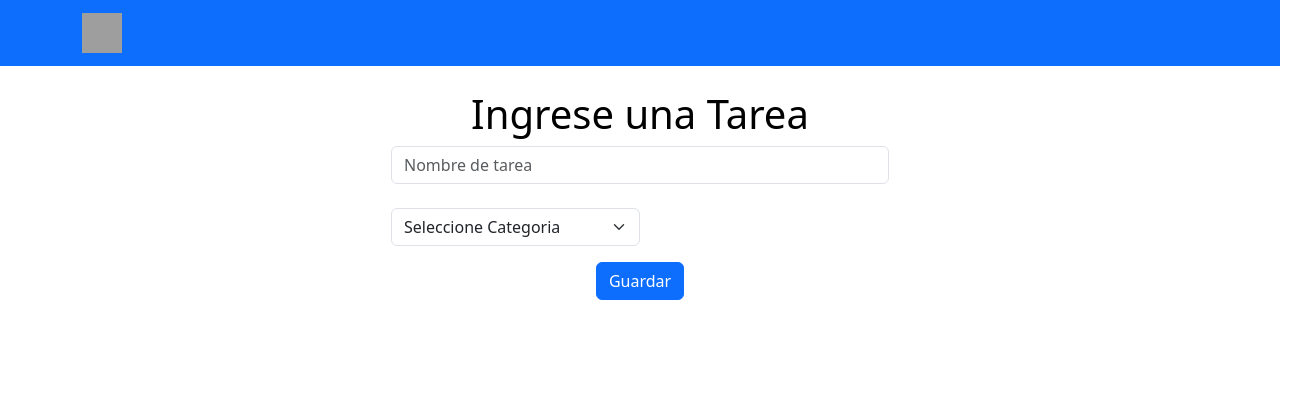
Repository: mgarrido0gb/registroTareas
Page: http://localhost/Tareas/Home
An editor plug-in stored every save of this project. The page is shown before and after the next save, followed by the edit.
The browser window is 1280 px wide. The page is 1292 px wide, so the pictures cover 1292 px, including what lies to the right of the window. The pictures show the whole page.
Pictures or frames that could not be fetched are drawn as grey boxes. The page is served by Tomcat 10. Other server files are loaded and not shown. Queries for data that is not in the repository find no rows.

Above is the page before, as saved 2024-05-21 20:48:29.

### Tareas/src/main/webapp/WEB-INF/home.jsp
<%@page import="models.Categoria"%>
<%@page import="models.Tarea"%>
<%@ page language="java" contentType="text/html; charset=ISO-8859-1"
    pageEncoding="ISO-8859-1" import="java.util.ArrayList" import="models.Tarea" import="models.Categoria"%>
<!doctype html>
<html lang="en">
  <head>
    <meta charset="utf-8">
    <meta name="viewport" content="width=device-width, initial-scale=1">
    <title>Registro Tareas</title>
    <link href="https://cdn.jsdelivr.net/npm/bootstrap@5.3.3/dist/css/bootstrap.min.css" rel="stylesheet" integrity="sha384-QWTKZyjpPEjISv5WaRU9OFeRpok6YctnYmDr5pNlyT2bRjXh0JMhjY6hW+ALEwIH" crossorigin="anonymous">
    <style type="text/css">
    	body{
    		background-color: white;
    		color: black;
    	}

    	li{
    		color: black;
    	}

    	.logotipo{
    		width: 30px;
    		height: 30px;
    	}






    </style>

  </head>
  <body>
  	<nav class="navbar bg-primary" id="nav">
  		<div class="container">
    		<a class="navbar-brand" href="#">
      			<img src="https://cdn-icons-png.flaticon.com/512/181/181627.png"  width="40" height="40">
    		</a>
  		</div>
	</nav>
    <% ArrayList<Categoria> cats = (ArrayList<Categoria>)request.getAttribute("cats"); %>
    <div class="container">
    	<div class="row justify-content-center">
        	<div class="col-12 col-md-9 col-lg-6">
            	<form action="/Tareas/Home" method="post">
                	<div class="p-4">
                    	<h1 class="text-center">Ingrese una Tarea</h1>
                    	<div class="form-group">
                        	<input class="form-control" placeholder="Nombre de tarea" name="texto" type="text" required>
                    	</div>
                    	<br>
                    	<div class="col-9 col-md-9 col-lg-6">
              				<select class="form-select" name="categoria_id" required>

                				<option selected value>Seleccione Categoria</option>
                					<% for (Categoria c: cats) { %>
                						<option value="<%=c.id %>"><%=c.nombre %></option>
                					<% } %>
              				</select>
     					</div>
                    	<div class="text-center mt-3">
                        	<input type="submit" value="Guardar" class="btn btn-primary" onclick="mensaje()">
                    	</div>
                	</div>

            	</form>
        	</div>
    	</div>
	</div>






   <div class="row">
   		<div class="col-6 offset-3 d-block m-auto m-0 p-2 col-md-3">
   			 <%
    			ArrayList<Tarea> tareas = (ArrayList<Tarea>)request.getAttribute("tareas");
    		%>

    			<% for (Tarea t: tareas) { %>
    				<ul class="list-group text-center">
    					<li <% if (t.completada == true){ %>class="text-decoration-line-through text-danger"<% } %> class="list-group-item text-center">
    		 				<%=t.texto %> (creada en: <%=t.fecha %>)
    		 				<a href="/Tareas/CheckearTarea?id=<%=t.id%>"><img src="https://img.icons8.com/?size=48&id=sz8cPVwzLrMP&format=png" class="logotipo" onclick="check()" ></img></a>
    		 				<a href="/Tareas/GestionTarea?id=<%=t.id%>"><img src="https://img.icons8.com/?size=48&id=pre7LivdxKxJ&format=png" class="logotipo" onclick="eliminar()"></img></a>
    					</li>
    				<br>
    			<%}%>
    		</ul>

   		</div>
   </div>


   <script type="text/javascript">


   	function mensaje(){
   		alert("Tarea Agregada con éxito");
   	}

   	function eliminar(){
   		alert("Tarea eliminada con éxito");
   	}

   	function check(){
   		alert("Tarea Realizada con éxito");
   	}

   </script>
    <script src="https://cdn.jsdelivr.net/npm/bootstrap@5.3.3/dist/js/bootstrap.bundle.min.js" integrity="sha384-YvpcrYf0tY3lHB60NNkmXc5s9fDVZLESaAA55NDzOxhy9GkcIdslK1eN7N6jIeHz" crossorigin="anonymous"></script>
  </body>
</html>

### Tareas/src/main/java/servlets/Home.java
package servlets;

import jakarta.servlet.RequestDispatcher;
import jakarta.servlet.ServletException;
import jakarta.servlet.annotation.WebServlet;
import jakarta.servlet.http.HttpServlet;
import jakarta.servlet.http.HttpServletRequest;
import jakarta.servlet.http.HttpServletResponse;
import models.Categoria;
import models.Tarea;

import java.io.IOException;
import java.sql.SQLException;
import java.util.ArrayList;

import daos.CategoriaDao;
import daos.TareaDao;


/**
 * Servlet implementation class Home
 */
public class Home extends HttpServlet {
	private static final long serialVersionUID = 1L;

    /**
     * Default constructor.
     */
    public Home() {
        // TODO Auto-generated constructor stub
    }

	/**
	 * @throws IOException
	 * @throws ServletException
	 * @see HttpServlet#doGet(HttpServletRequest request, HttpServletResponse response)
	 */
	protected void doGet(HttpServletRequest request, HttpServletResponse response) throws ServletException, IOException  {
		// TODO Auto-generated method stub
		try {
			ArrayList<Tarea> tareas = TareaDao.getAll();
			System.out.println(tareas);
			request.setAttribute("tareas", tareas);

			ArrayList<Categoria> cats = CategoriaDao.getAll();
			request.setAttribute("cats", cats);
		} catch(SQLException e) {
			System.out.println(e);
		}


		// 2. Cargamos el JSP
		RequestDispatcher vista = request.getRequestDispatcher("WEB-INF/home.jsp");
		vista.forward(request, response);
	}

	/**
	 * @see HttpServlet#doPost(HttpServletRequest request, HttpServletResponse response)
	 */
	protected void doPost(HttpServletRequest request, HttpServletResponse response) throws ServletException, IOException {
		// TODO Auto-generated method stub
		String textoNuevaTarea = request.getParameter("texto");
		try {
			TareaDao.addNew(textoNuevaTarea);

		} catch (SQLException e) {
			// TODO Auto-generated catch block
			e.printStackTrace();
		}


		response.sendRedirect("/Tareas/Home");
	}

}

### Tareas/src/main/java/daos/TareaDao.java
package daos;

import java.sql.Connection;
import java.sql.PreparedStatement;
import java.sql.ResultSet;
import java.sql.SQLException;
import java.sql.Statement;
import java.util.ArrayList;

import models.Categoria;
import models.MyConn;
import models.Tarea;

public class TareaDao {

	static public void addNew(String textoNuevaTarea) throws SQLException {
		//1.-  nueva conexion
		Connection conn = MyConn.getConnection();
		//2.- consulta
		PreparedStatement consulta =conn.prepareStatement("INSERT INTO TAREAS (texto) values(?)");
		consulta.setString(1, textoNuevaTarea);
		consulta.execute();
	}

	static public void deleteById (int idTarea) throws SQLException {
		// 1. Pedimos una conexion nueva
		Connection conn = MyConn.getConnection();
		// 2. Creamos la consulta
		PreparedStatement stmt = conn.prepareStatement(
			"delete from tareas where id=?"
		);
		stmt.setInt(1, idTarea);
		// 3. Ejecutar la stmt
		stmt.executeUpdate();
	  }

	static public void checkById (int idTarea) throws SQLException {
		// 1. Pedimos una conexion nueva
		Connection conn = MyConn.getConnection();
		// 2. Creamos la consulta
		PreparedStatement stmt = conn.prepareStatement(
			"update tareas set completada = true where id = ?"
		);
		stmt.setInt(1, idTarea);
		// 3. Ejecutar la stmt
		stmt.executeUpdate();
	  }





	static public ArrayList<String> get_textos () throws SQLException {
		// 1. Creamos un ArrayList vacío
		ArrayList<String> textos = new ArrayList<String>();
		// 2. Pedimos una conección nueva
		Connection conn = MyConn.getConnection();
		// 3. Creamos y ejecutamos la consulta
		Statement consulta = conn.createStatement();
		ResultSet respuesta = consulta.executeQuery("select * from tareas");

		// 4. Vamos llenando el ArrayList con lo que tenga la respuesta
		while (respuesta.next()) {
		  textos.add( respuesta.getString("texto") );
		}
		// 5. Retornamos el ArrayList, ahora lleno
		return textos;
	  }



	static public ArrayList<Tarea> getAll () throws SQLException {
		// 1. Creamos un ArrayList vacío
		ArrayList<Tarea> tareas = new ArrayList<Tarea>();
		// 2. Pedimos una conección nueva
		Connection conn = MyConn.getConnection();
		// 3. Creamos y ejecutamos la consulta
		Statement consulta = conn.createStatement();
		ResultSet respuesta = consulta.executeQuery("select * from tareas");

		// 4. Vamos llenando el ArrayList con lo que tenga la respuesta
		while (respuesta.next()) {
			Tarea t = new Tarea(
					respuesta.getInt("id"),
					respuesta.getString("texto"),
					respuesta.getBoolean("completada"),
					respuesta.getDate("fecha")

			);
		  tareas.add(t);
		}
		return tareas;
	  }
}

### Tareas/src/main/java/models/MyConn.java
package models;

import java.sql.Connection;
import java.sql.DriverManager;
import java.sql.SQLException;

public class MyConn {
	static final String URL = "jdbc:postgresql://localhost/ejemplo_dao";
	static final String USER = "postgres";
	static final String PASSWORD = "12345";
	static final String DRIVER = "org.postgresql.Driver";

	static public Connection conn = null;

    static public Connection getConnection () {
      if (conn != null) {
        return conn;
      }
      try {
    	Class.forName(DRIVER);
    	conn = (Connection) DriverManager.getConnection(URL, USER, PASSWORD);
      }
      catch (ClassNotFoundException | SQLException e) {
    	e.printStackTrace();
      }
      return conn;
    }
}

### Tareas/src/main/java/daos/CategoriaDao.java
package daos;

import java.sql.Connection;
import java.sql.ResultSet;
import java.sql.SQLException;
import java.sql.Statement;
import java.util.ArrayList;

import models.Categoria;
import models.MyConn;


public class CategoriaDao {
	static public ArrayList<Categoria> getAll () throws SQLException {
		// 1. Creamos un ArrayList vacío
				ArrayList<Categoria> categorias = new ArrayList<Categoria>();
				// 2. Pedimos una conección nueva
				Connection conn = MyConn.getConnection();
				// 3. Creamos y ejecutamos la consulta
				Statement consulta = conn.createStatement();
				ResultSet respuesta = consulta.executeQuery("select * from categorias order by id");

				// 4. Vamos llenando el ArrayList con lo que tenga la respuesta
				while (respuesta.next()) {
				  Categoria t = new Categoria(
					respuesta.getInt("id"),
					respuesta.getString("nombre")
				  );
				  categorias.add( t );
				}
			  // 5. Retornamos el ArrayList, ahora lleno
			  return categorias;
}}

After the next save:
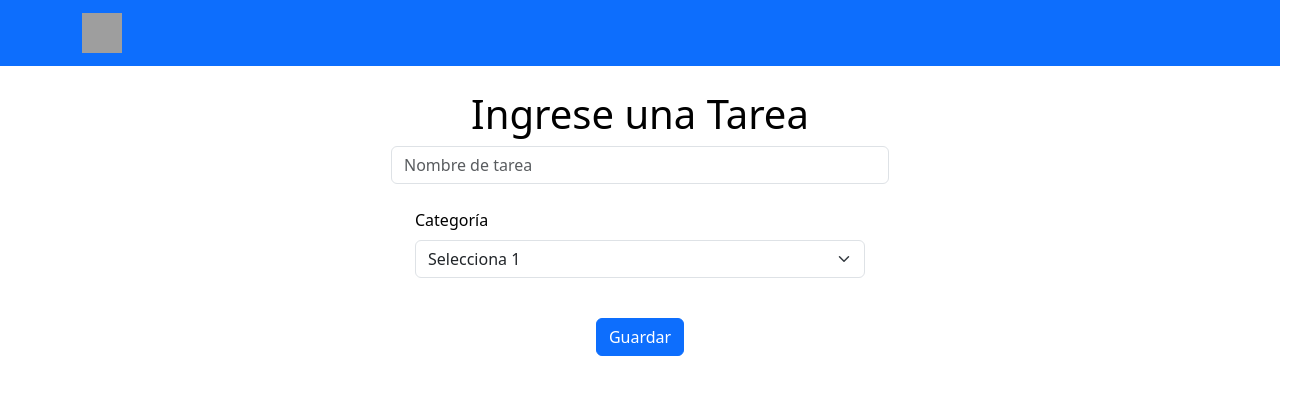
Saved 19 s later.
--- a/Tareas/src/main/webapp/WEB-INF/home.jsp
+++ b/Tareas/src/main/webapp/WEB-INF/home.jsp
@@ -50,11 +50,10 @@
                     	<div class="form-group">
                         	<input class="form-control" placeholder="Nombre de tarea" name="texto" type="text" required>
                     	</div>
-                    	<br>
-                    	<div class="col-9 col-md-9 col-lg-6">
+                    	<div class="p-4">
+              				<label for="exampleInputPassword1" class="form-label">Categoría</label>
               				<select class="form-select" name="categoria_id" required>
-
-                				<option selected value>Seleccione Categoria</option>
+                				<option selected value>Selecciona 1</option>
                 					<% for (Categoria c: cats) { %>
                 						<option value="<%=c.id %>"><%=c.nombre %></option>
                 					<% } %>
